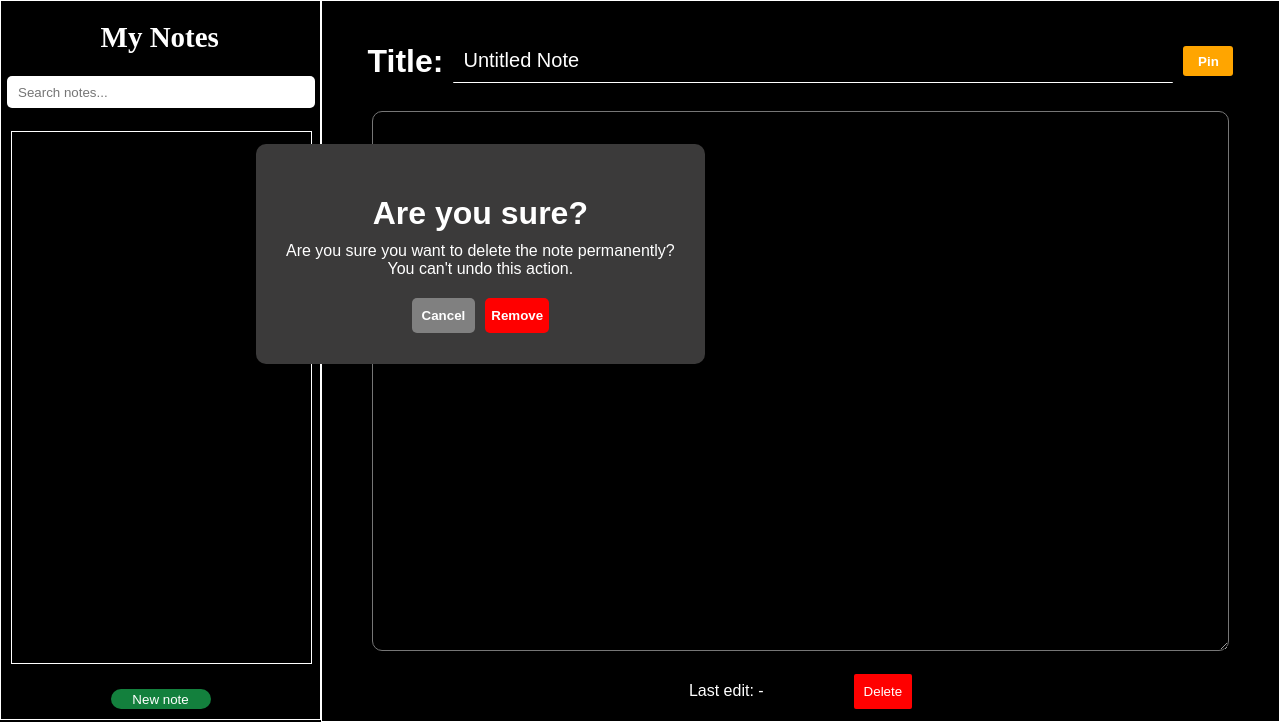
Repository: dmpelaez/myNotes
Page: QuickNotes.html
The author's editor kept a copy of each file at every save. The page is drawn from the files as they stood at one save, then again after the next save.
The browser window is 1280 px wide. The pictures show the whole page.

Above is the page before, as saved 2025-12-19 00:50:56.

### QuickNotes.html
<!DOCTYPE html>

  <html>

    <head>

      <title>Quick Notes</title>

      <!--CSS LINK-->
      <link rel="stylesheet" href="QuickNotes.css">
    </head>
    <body>

      <!--Note section-->
      <aside class="aside-section">

        <!--My notes part-->
        <div class="myNotes">
          <p class="my-notes-text">My Notes</p>
        </div>
        <!--Search notes-->
        <div class="input-box">
          <input class="input" placeholder="Search notes...">
        </div>
        <!--Notes-->
        <div class="note-list"></div>
        <!--add button-->
        <button class="add-button">New note</button>

      </aside>

      <!---Typing section-->
      <main class="main-section">

        <!--Header-->
        <div class="header-section">
          <h1>Title:</h1>
          <input class="title-notes" placeholder="Untitled Note">
          <button class="pin-btn">Pin</button>
        </div>

        <!--text area-->
        <div class="texting-area">
          <textarea class="textarea" placeholder="Start typing..."></textarea>
        </div>

        <!---Delete button-->
        <div class="delete">
          <span class="edit">Last edit: -</span>
          <button class="delete-btn" onclick="showModal()">Delete</button>
        </div>

        <div class="delete-confirm">

          <div class="modal-delete">
            <h1>Are you sure?</h1>
            <p class="sure-text">Are you sure you want to delete the note permanently?</p>
            You can't undo this action.
          </div>

          <!--delete and cancel button-->
          <div class="btn-section">
            <button class="cancel-btn" onclick="cancelModal()">Cancel</button>
            <button class="remove-btn">Remove</button>
          </div>


        </div>

      </main>

      <script type="module" src="QuickNotes.js"></script>
    </body>

  </html>

### QuickNotes.css
body {
  margin: 0;
  padding: 0;
  background: black;
  box-sizing: border-box;
  display: Flex;
  height: 100vh;
}
* {
  color: rgb(255, 255, 255);
}
.aside-section {
  border: 1px solid white;
  display: grid;
  width: 400px;
  grid-template-rows: 40px 30px 1fr 20px;
  padding: 10px;
  gap: 25px;

}

.my-notes-text {
  display: flex;
  margin: 0px;
  justify-self: center;
  align-self: center;
  margin-top: 10px;
}
.note-list {
  border: 1px solid white;
  width: 100%;
}

.my-notes-text {
  font-weight: bold;
  font-size: 29px;
  flex-shrink: 0;
  width: 120px;
}

.input {
  color: black;
  display: flex;
  align-self: center;
  justify-self: center;
  Width: 99%;
  height: 100%;
  border-radius: 5px;
  border: none;
  outline: none;
  padding-left: 10px;
  margin-left: 1px;
}
.input::placeholder {
  padding-left: 1px;

}

.add-button {
  width: 100px;
  display: flex;
  justify-self: center;
  background: rgb(19, 128, 61);
  border: none;
  border-radius: 10px;
  color: white;
  font-family: arial;
  align-items: center;
  justify-content: center;
  cursor: pointer;
}

.note-list {
  display: grid;
}

.main-section {

  left: 26.5%;
  border: 1px solid white;
  right: 0px;
  height: 100%;
  display: grid;
  grid-template-rows: 70px 1fr 30px;
  gap: 40px;
  width: 100%;
}

.header-section {
  display: flex;
  justify-self: center;
  align-self: center;
  gap: 10px;
  margin-top: 50px;
  align-items: center;
  padding-left: 20px;
  padding-right: 20px;
}
.title-notes {
  width: 700px;
  padding: 10px;
  border-radius: 1px;
  background: none;
  border: none;
  border-bottom: 1px solid white;
  outline: none;
 font-size: 20px;
 font-family: arial;
}

.title-notes::placeholder {
  color: white;
  font-family: arial;
  font-size: 20px;

}

.pin-btn {
  background: orange;
  border: none;
  border-radius: 3px;
  font-family: arial;
  font-weight: bold;
  width: 50px;
  height: 30px
}

.texting-area {
  display: flex;
  padding-right: 50px;
  padding-left: 50px;
}
.textarea {
  background: black;
  outline: none;
  display: flex;
  width: 100%;
  padding-left: 30px;
  padding-right: 80px;
  padding-top: 30px;
  line-height: 25px;
  font-size: 20px;
  font-weight: bold;
  border-radius: 10px;
}

.delete {
  display: flex;
  justify-content: center;
  align-items: center;
  gap: 90px;
  margin-bottom: 40px;

}
.delete-btn {
  background: red;
  border: none;
  border-radius: 2px;
  padding: 10px;
  cursor: pointer;
}
.edit {
  font-family: arial;
}

.delete-confirm {
  display: none;
  pointer-events: none;

}

.delete-confirm.active {
  position: absolute;
  left: 20%;
  top: 20%;
  display: flex;
  background: rgb(59, 58, 58);
  border-radius: 10px;
  flex-direction: column;
  align-items: center;
  justify-content: center;
  padding: 10px;
  height: 200px;

  cursor: pointer;
}
.modal-delete {
  padding: 20px;
  display: flex;
  flex-direction: column;
  align-items: center;
  font-family: arial;

}
h1 {
  display: flex;
  justify-self: center;
  margin: 0px;
  font-family: arial;
}
.sure-text {
  margin: 0px;
  margin-top: 10px;
  font-family: arial;
}


.btn-section {
  display: flex;
  gap: 10px;
}

.cancel-btn {
  background: gray;
  border: none;
  border-radius: 5px;
  font-weight: bold;
  padding: 10px;
  cursor: pointer;
}
.remove-btn {
  background: red;
  border: none;
  border-radius: 5px;
  font-family: arial;
  font-weight: bold;
  cursor: pointer;
}

### QuickNotes.js
//Aside section
const input = document.querySelector('.input');
const noteList = document.querySelector('.note-list');
const addBtn = document.querySelector('.add-buttom');

//Main section
const titleNotes = document.querySelector('.title-notes');
const pinBtn = document.querySelector('.pin-btn');
const textArea = document.querySelector('.textarea');

//delete button section
const btnDelete = document.querySelector('.delete-btn');
const edit = document.querySelector('.edit');

//delete confirm
const deleteConfirm = document.querySelector('.delete-confirm');

//remove and cancel button
const cancelBtn = document.querySelector('.Cancel');
const removeBtn = document.querySelector('.remove-btn');


//save notes

let notes = JSON.parse(localStorage.getItem('notes') || "[]");
let currentId = null;


function saveNotes() {
  localStorage.setItem('notes', JSON.stringify(notes));
}

function renderNotes() {

const query = input.value.toLowerCase();


const pinned = notes.filter(n => n.pinned);
const others = notes.filter(n => !n.pinned);

const filtered = [...pinned, ...others]
.filter(n =>
  n.title.toLowerCase().includes(query) || n.content.toLowerCase(query)
);


for (let note of filtered) {

const div = document.createELement("div");
div.className = "note-item" + (note.id === currentId ? " active" : "");
div.onclick = () => selectNote(id);
div.innerHTML = `

<h1>${note.title}</h1>
<small>${note.date}</small>
${note.pinned ? `<span class="icon-pin">iconPin</span>` : ''}

`;
input.append(div);

}

}

function selectNote(id) {
  currentId = id;
  const note = notes.find(n => n.id === id);
  if (!note) return;
  titleNotes.value = note.title;
  textArea.value = note.content;
  edit.textContent = "Last edit: " + note.date;
  pinBtn.innerHTML = note.pinned ? "Unpin" : "Pin";
  renderNotes();
};

function addNote() {
  const newNote = {
    id: date.Now(),
    title: "",
    content: "",
    date: new date.toLocaleString(),
    pinned: false
  };
  notes.unshift(newNote);
  currentId = newNote.id;
  saveNotes();
  renderNotes();
  selectNote(newNote.id);
}

function showModal() {
  deleteConfirm.classList.add("active");
}

showModal();

function cancelModal() {
  deleteConfirm.classList.remove("active");
}

After the next save:
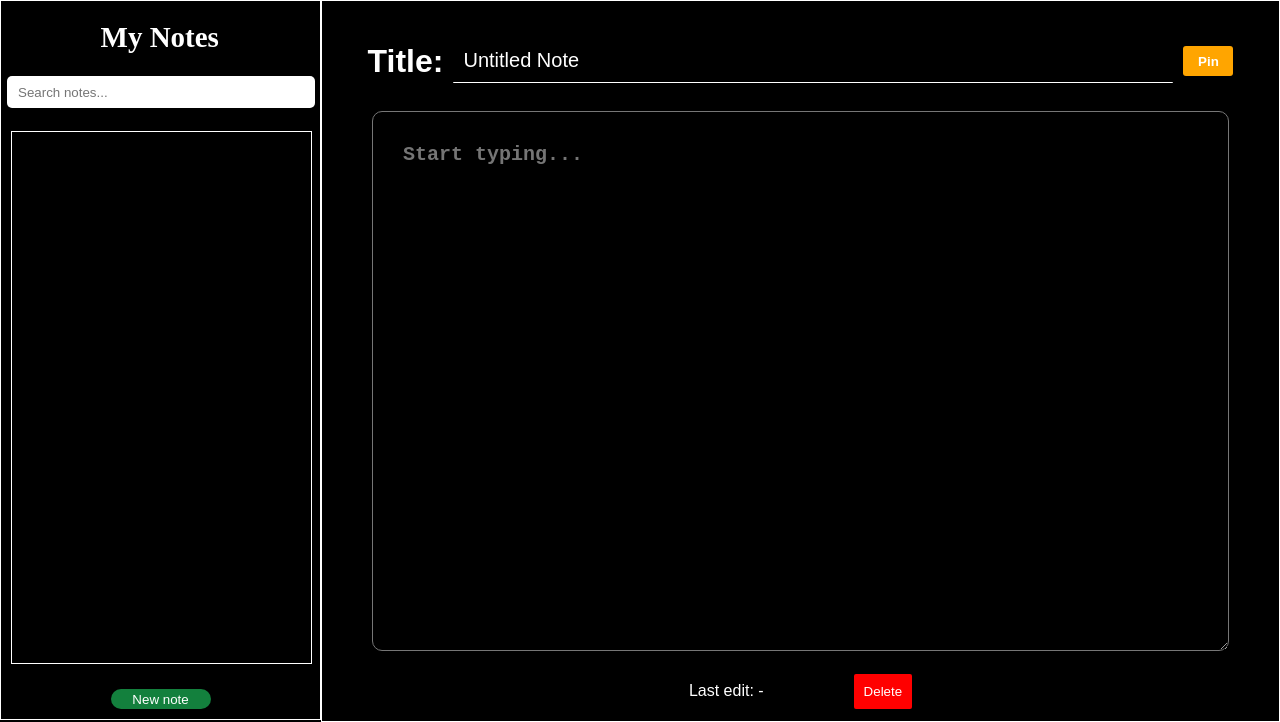
Saved 23 s later.
--- a/QuickNotes.js
+++ b/QuickNotes.js
@@ -92,7 +92,7 @@ function showModal() {
   deleteConfirm.classList.add("active");
 }
 
-showModal();
+
 
 function cancelModal() {
   deleteConfirm.classList.remove("active");

After the save that followed:
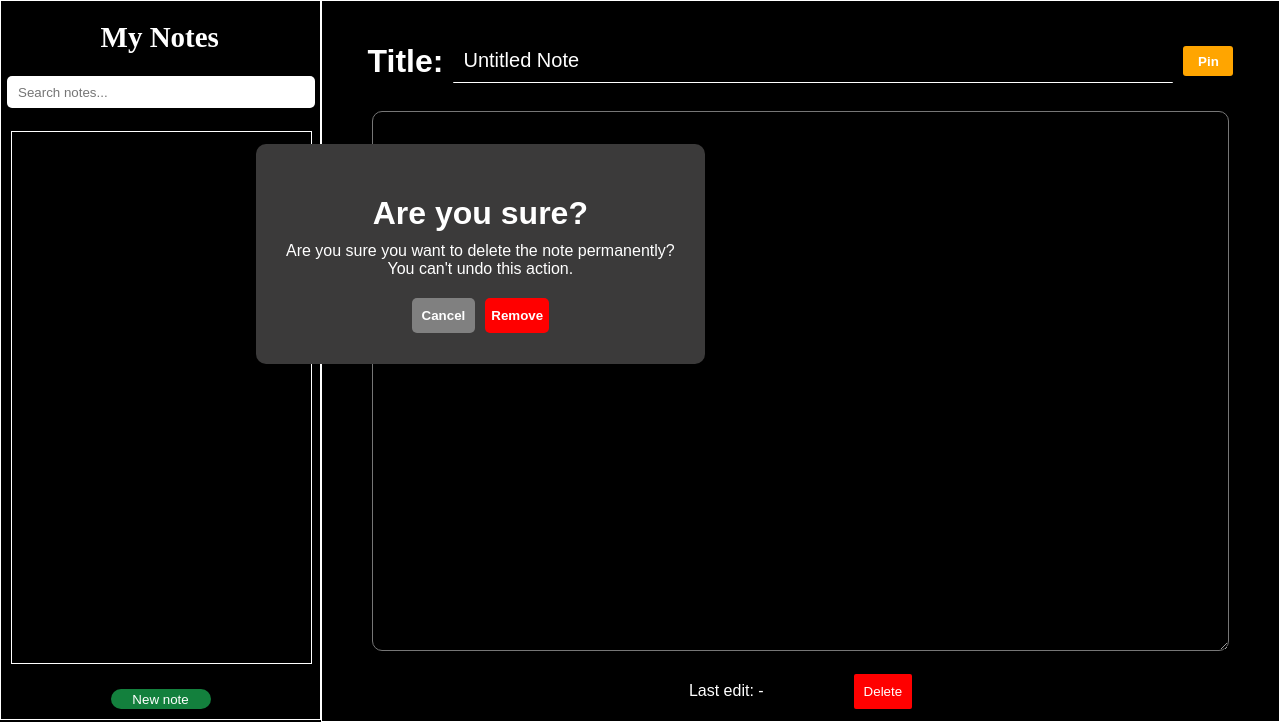
Saved 14 s later.
--- a/QuickNotes.js
+++ b/QuickNotes.js
@@ -97,3 +97,6 @@ showModal();
 function cancelModal() {
   deleteConfirm.classList.remove("active");
 }
+
+
+showModal();
